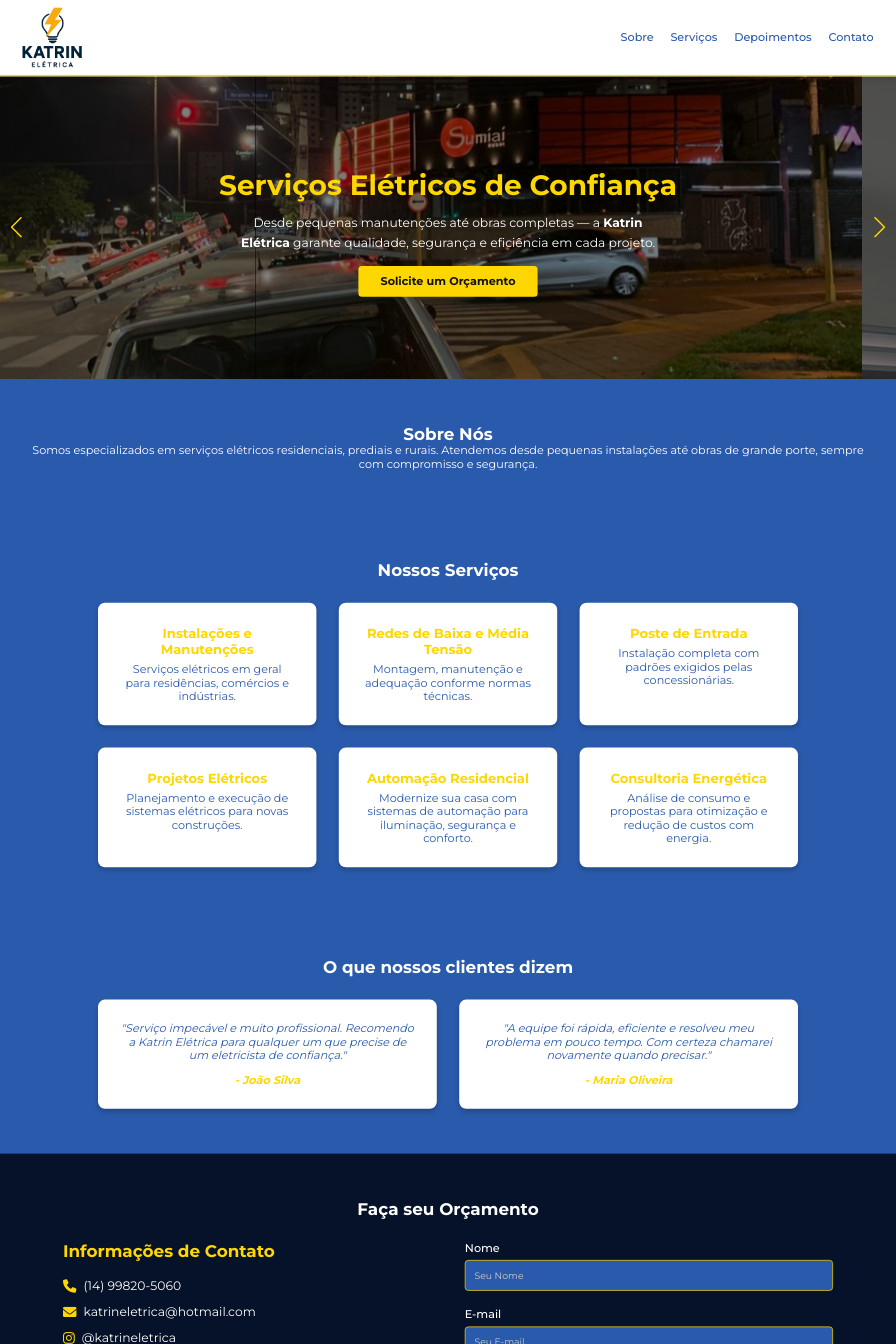
Repository: Jvcamargo1/katrin-site
Page: index.html
These files come from the project's save history. The page is drawn as it stood at one moment and after the next save; the edit follows.
The browser window is 1280 px wide. The pictures show the part of the page from y = 0 to 1920 px (the page is 2469 px tall before and 2677 px after), at 70% of full size.

Above is the page before, as saved 2025-11-07 00:24:54.

### index.html
<!DOCTYPE html>
<html lang="pt-BR">
<head>
  <meta charset="UTF-8" />
  <meta name="viewport" content="width=device-width, initial-scale=1.0" />
  <title>Katrin Elétrica | Serviços Elétricos em Geral</title>
  <meta name="description" content="Katrin Elétrica: Serviços elétricos de confiança para residências, comércios e indústrias. Instalações, manutenções, projetos e automação residencial. Qualidade e segurança garantidas.">

  <!-- Open Graph / Facebook -->
  <meta property="og:type" content="website">
  <meta property="og:url" content="https://www.seusite.com.br/"> <!-- Substitua pela URL real do seu site -->
  <meta property="og:title" content="Katrin Elétrica | Serviços Elétricos em Geral">
  <meta property="og:description" content="Katrin Elétrica: Serviços elétricos de confiança para residências, comércios e indústrias. Instalações, manutenções, projetos e automação residencial. Qualidade e segurança garantidas.">
  <meta property="og:image" content="https://www.seusite.com.br/assets/images/logoke.png"> <!-- Substitua pela URL real da sua logo -->

  <link rel="stylesheet" href="assets/css/style.css">
  <link rel="stylesheet" href="https://cdnjs.cloudflare.com/ajax/libs/font-awesome/6.0.0-beta3/css/all.min.css">
  <!-- 1. Adicionar o CSS do Swiper.js -->
  <link rel="stylesheet" href="https://cdn.jsdelivr.net/npm/swiper@11/swiper-bundle.min.css" />
</head>
<body>
  <header>
    <a href="#" class="logo"> <!-- Logo agora é um link para o topo -->
      <img src="assets/images/logoke.png" alt="Logo Katrin Elétrica" />
    </a>
    <button class="menu-toggle" id="menu-toggle" aria-label="Abrir menu">
      <span class="bar"></span>
      <span class="bar"></span>
      <span class="bar"></span>
    </button>
    <nav id="nav">
      <a href="#sobre">Sobre</a>
      <a href="#servicos">Serviços</a>
      <a href="#depoimentos">Depoimentos</a>
      <a href="#contato">Contato</a>
    </nav>
  </header>

  <main>
    <section id="hero">
      <!-- Estrutura do Carrossel -->
      <div class="swiper hero-carousel">
        <div class="swiper-wrapper">
          <!-- Slides com imagens de exemplo (substitua pelas suas) -->
          <div class="swiper-slide"><img src="assets/images/servico-1.jpg" alt="Instalação de quadro elétrico"></div>
          <div class="swiper-slide"><img src="assets/images/servico-2.jpg" alt="Manutenção em rede de média tensão"></div>
          <div class="swiper-slide"><img src="assets/images/servico-3.jpg" alt="Projeto de automação residencial"></div>
        </div>
        <!-- Botões de navegação -->
        <div class="swiper-button-next"></div>
        <div class="swiper-button-prev"></div>
      </div>
      <!-- Conteúdo sobreposto -->
      <div class="hero-content">
        <h2>Serviços Elétricos de Confiança</h2>
        <p>Desde pequenas manutenções até obras completas — a <strong>Katrin Elétrica</strong> garante qualidade, segurança e eficiência em cada projeto.</p>
        <a href="#contato" class="cta-button">Solicite um Orçamento</a>
      </div>
    </section>

    <section id="sobre">
      <h2>Sobre Nós</h2>
      <p>Somos especializados em serviços elétricos residenciais, prediais e rurais. Atendemos desde pequenas instalações até obras de grande porte, sempre com compromisso e segurança.</p>
    </section>

    <section id="servicos">
      <h2>Nossos Serviços</h2>
      <div class="servicos ">
        <div class="card hidden">
          <h3>Instalações e Manutenções</h3>
          <p>Serviços elétricos em geral para residências, comércios e indústrias.</p>
        </div>
        <div class="card hidden">
          <h3>Redes de Baixa e Média Tensão</h3>
          <p>Montagem, manutenção e adequação conforme normas técnicas.</p>
        </div>
        <div class="card hidden">
          <h3>Poste de Entrada</h3>
          <p>Instalação completa com padrões exigidos pelas concessionárias.</p>
        </div>
        <div class="card hidden">
          <h3>Projetos Elétricos</h3>
          <p>Planejamento e execução de sistemas elétricos para novas construções.</p>
        </div>
        <div class="card hidden">
          <h3>Automação Residencial</h3>
          <p>Modernize sua casa com sistemas de automação para iluminação, segurança e conforto.</p>
        </div>
        <div class="card hidden">
          <h3>Consultoria Energética</h3>
          <p>Análise de consumo e propostas para otimização e redução de custos com energia.</p>
        </div>
      </div>
    </section>

    <section id="depoimentos">
      <h2>O que nossos clientes dizem</h2>
      <div class="depoimentos">
        <div class="depoimento-card hidden">
          <p>"Serviço impecável e muito profissional. Recomendo a Katrin Elétrica para qualquer um que precise de um eletricista de confiança."</p>
          <p class="autor">- João Silva</p>
        </div>
        <div class="depoimento-card hidden">
          <p>"A equipe foi rápida, eficiente e resolveu meu problema em pouco tempo. Com certeza chamarei novamente quando precisar."</p>
          <p class="autor">- Maria Oliveira</p>
        </div>
      </div>
    </section>

    <section id="contato">
      <h2>Faça seu Orçamento</h2>
      <div class="contato-wrapper">
        <div class="contato-info">
          <h3>Informações de Contato</h3>
          <p><i class="fas fa-phone"></i> <a href="https://wa.me/5514998205060" target="_blank">(14) 99820-5060</a></p>
          <p><i class="fas fa-envelope"></i> <a href="mailto:katrineletrica@hotmail.com">katrineletrica@hotmail.com</a></p>
          <p><i class="fab fa-instagram"></i> <a href="https://instagram.com/katrineletrica" target="_blank">@katrineletrica</a></p>
          <p>Entre em contato para um orçamento rápido e sem compromisso. Estamos prontos para atender você!</p>
        </div>
        <div class="contato-form-wrapper">
          <form class="contato-form" id="contact-form">
            <div class="form-group">
              <label for="nome">Nome</label>
              <input type="text" id="nome" name="nome" placeholder="Seu Nome" required>
            </div>
            <div class="form-group">
              <label for="email">E-mail</label>
              <input type="email" id="email" name="email" placeholder="Seu E-mail" required>
            </div>
            <div class="form-group">
              <label for="telefone">Telefone</label>
              <input type="tel" id="telefone" name="telefone" placeholder="(XX) XXXXX-XXXX">
            </div>
            <div class="form-group">
              <label for="mensagem">Mensagem</label>
              <textarea id="mensagem" name="mensagem" placeholder="Descreva o serviço que você precisa" required></textarea>
            </div>
            <button type="submit" class="cta-button">Enviar Pedido de Orçamento</button>
          </form>
          <p id="form-message"></p>
        </div>
      </div>
    </section>
  </main>

  <footer>
    <div class="social-links">
      <a href="https://instagram.com/katrineletrica" target="_blank"><img src="assets/images/instalogo.png" alt="Instagram" class="social-icon"></a>
      <a href="https://wa.me/5514998205060" target="_blank"><img src="assets/images/wpplogov.png" alt="WhatsApp" class="social-icon"></a>
    </div>
    <p id="footer-year">© 2025 Katrin Elétrica — Todos os direitos reservados.</p>
  </footer>

  <!-- 2. Adicionar o JavaScript do Swiper.js -->
  <script src="https://cdn.jsdelivr.net/npm/swiper@11/swiper-bundle.min.js"></script>

  <script>
    const toggle = document.getElementById("menu-toggle");
    const nav = document.getElementById("nav");

    // Toggle do menu mobile e animação do ícone
    toggle.addEventListener("click", () => {
      nav.classList.toggle("active");
      toggle.classList.toggle("active"); // Adiciona/remove 'active' no botão para a animação do X
    });

    // Fecha o menu mobile ao clicar em um link
    nav.querySelectorAll('a').forEach(link => {
      link.addEventListener('click', () => {
        nav.classList.remove('active');
        toggle.classList.remove('active'); // Garante que o ícone volte ao hambúrguer
      });
    });

    const contactForm = document.getElementById('contact-form');
    const formMessage = document.getElementById('form-message');
    const submitButton = contactForm.querySelector('button[type="submit"]');

    contactForm.addEventListener('submit', function (e) {
      e.preventDefault();

      const formData = new FormData(this);
      const data = {
        nome: formData.get('nome'),
        email: formData.get('email'),
        telefone: formData.get('telefone'),
        mensagem: formData.get('mensagem'),
      };

      // Mostra a mensagem de "Enviando..." e desabilita o botão
      formMessage.textContent = 'Enviando...';
      formMessage.style.color = 'var(--amarelo)';
      submitButton.disabled = true;

      // Simula um tempo de espera de 1.5 segundos (como se estivesse enviando)
      setTimeout(() => {
        // Exibe a mensagem de sucesso
        formMessage.textContent = 'Mensagem enviada com sucesso!';
        formMessage.style.color = 'lightgreen';

        // Limpa os campos do formulário
        contactForm.reset();

        // Reabilita o botão após o "envio"
        submitButton.disabled = false;

        // Opcional: faz a mensagem de sucesso desaparecer após 5 segundos
        setTimeout(() => {
          formMessage.textContent = '';
        }, 5000);
      }, 1500);
    });

    // Script para animação de entrada
    const observer = new IntersectionObserver((entries) => {
      entries.forEach((entry) => {
        if (entry.isIntersecting) {
          entry.target.classList.add('visible');
        }
      });
    });

    const hiddenElements = document.querySelectorAll('.hidden');
    hiddenElements.forEach((el) => observer.observe(el));

    // Script para atualizar o ano do rodapé automaticamente
    document.getElementById('footer-year').textContent = `© ${new Date().getFullYear()} Katrin Elétrica — Todos os direitos reservados.`;

    // 3. Inicializar o Swiper.js
    const swiper = new Swiper('.hero-carousel', {
      loop: true, // Faz o carrossel girar em loop
      autoplay: {
        delay: 5000, // Muda de imagem a cada 5 segundos
        disableOnInteraction: false,
      },
      navigation: {
        nextEl: '.swiper-button-next',
        prevEl: '.swiper-button-prev',
      },
    });
  </script>
</body>
</html>

### assets/css/style.css
@import url('https://fonts.googleapis.com/css2?family=Montserrat:wght@400;500;700&display=swap');

:root {
  --azul: #2a5aab;
  --amarelo: #ffd700;
  --branco: #ffffff;
  --preto: #121212;
}

html {
  scroll-padding-top: 100px; /* Compensa a altura do cabeçalho fixo */
}

* { box-sizing: border-box; margin: 0; padding: 0; }

body {
  font-family: 'Montserrat', sans-serif;
  background-color: var(--azul);
  color: var(--branco);
  scroll-behavior: smooth;
}

header {
  display: flex;
  justify-content: space-between;
  align-items: center;
  padding: 0.7rem 2rem;
  background-color: var(--branco); /* Alterado para branco */
  border-bottom: 2px solid var(--amarelo);
  position: sticky;
  top: 0;
  box-shadow: 0 2px 10px rgba(0, 0, 0, 0.2);
  z-index: 10;
}

.logo { /* Estilo para o link da logo */
  display: flex; /* Para centralizar a imagem dentro do link, se necessário */
}

.logo img {
  height: 85px;
  width: auto;
}

nav {
  display: flex;
  align-items: center;
}

nav a {
  color: var(--azul); /* Alterado para azul para contrastar com o fundo branco */
  text-decoration: none;
  margin-left: 1.5rem;
  font-weight: 500;
  transition: 0.3s;
}

nav a:hover {
  color: var(--amarelo);
}

.menu-toggle {
  display: none;
  flex-direction: column;
  cursor: pointer;
}

.menu-toggle .bar {
  width: 25px;
  height: 3px;
  background: var(--azul); /* Alterado para azul para combinar com os links */
  margin: 4px 0;
  transition: 0.3s;
}

/* Animação do ícone de hambúrguer para X */
.menu-toggle.active .bar:nth-child(1) {
  transform: translateY(7px) rotate(45deg);
}

.menu-toggle.active .bar:nth-child(2) {
  opacity: 0;
}

.menu-toggle.active .bar:nth-child(3) {
  transform: translateY(-7px) rotate(-45deg);
}

/* Estilos para o menu mobile */
@media (max-width: 768px) {
  header {
    padding: 0.5rem 1.5rem; /* Ajuste o padding do cabeçalho em mobile */
  }
  .logo img { height: 70px; } /* Ajuste o tamanho da logo em mobile */
}


@media (max-width: 768px) {
  nav {
    display: none;
    flex-direction: column;
    position: absolute;
    top: 70px;
    right: 0;
    width: 100%;
    background: var(--branco); /* Alterado para branco no menu mobile também */
    text-align: center;
    padding: 1rem 0;
    border-top: 1px solid var(--amarelo);
  }

  nav.active { display: flex; }

  .menu-toggle { display: flex; }

  nav a { margin: 1rem 0; font-size: 1.1rem; }
}

section { padding: 4rem 2rem; text-align: center; }

#hero {
  position: relative; /* Essencial para o conteúdo sobreposto */
  padding: 0; /* Removemos o padding para o carrossel ocupar tudo */
  height: 60vh; /* Altura da seção hero, ajuste conforme preferir */
  color: var(--branco);
}

.hero-carousel {
  position: absolute;
  top: 0;
  left: 0;
  width: 100%;
  height: 100%;
}

.hero-carousel .swiper-slide img {
  width: 100%;
  height: 100%;
  object-fit: cover; /* Garante que a imagem cubra o slide sem distorcer */
}

/* Adiciona uma sobreposição escura para melhorar a legibilidade do texto */
.hero-carousel::after {
  content: '';
  position: absolute;
  top: 0;
  left: 0;
  width: 100%;
  height: 100%;
  background-color: rgba(0, 0, 0, 0.5); /* Sobreposição preta com 50% de opacidade */
  z-index: 1;
}

.hero-content {
  position: relative; /* Fica acima do carrossel */
  z-index: 2;
  text-align: center;
  /* Centraliza o conteúdo verticalmente e horizontalmente */
  position: absolute;
  top: 50%;
  left: 50%;
  transform: translate(-50%, -50%);
  width: 90%; /* Garante que não toque as bordas em telas pequenas */
  max-width: 800px; /* Limita a largura do texto para melhor leitura */
}

.hero-content h2 {
  font-size: 2.5rem;
  color: var(--amarelo);
  font-weight: 700;
}

.hero-content p {
  max-width: 600px;
  margin: 1rem auto 2rem;
  font-size: 1.1rem;
  line-height: 1.6;
}

.cta-button {
  background-color: var(--amarelo);
  color: var(--preto);
  padding: 0.8rem 2rem;
  border-radius: 5px;
  text-decoration: none;
  font-weight: 700;
  transition: background-color 0.3s;
}

.cta-button:hover {
  background-color: #ffed4a;
}

/* Estilizando as setas de navegação do Swiper */
.swiper-button-next, .swiper-button-prev {
  color: var(--amarelo) !important;
}
.swiper-button-next:after, .swiper-button-prev:after {
  font-size: 30px !important;
}

#servicos h2 {
  margin-bottom: 2rem; /* Adiciona espaço abaixo do título "Nossos Serviços" */
}

#depoimentos h2 {
  margin-bottom: 2rem; /* Adiciona espaço abaixo do título "O que nossos clientes dizem" */
}

.servicos, .depoimentos {
  display: grid;
  grid-template-columns: repeat(auto-fit, minmax(250px, 1fr));
  gap: 2rem;
  max-width: 1000px;
  margin: auto;
}

.card, .depoimento-card {
  background-color: var(--branco);
  color: var(--azul);
  border-radius: 10px;
  padding: 2rem;
  text-align: center; /* Centraliza o texto nos cards de serviço */
  box-shadow: 0 4px 8px rgba(0,0,0,0.2);
  transition: transform 0.3s;
}

.card:hover, .depoimento-card:hover {
  transform: translateY(-10px);
}

.card h3 {
  color: var(--amarelo);
  margin-bottom: 0.5rem;
}

.depoimento-card p {
  font-style: italic;
}

.depoimento-card .autor {
  margin-top: 1rem;
  font-weight: 700;
  color: var(--amarelo);
}

#contato p, #contato a {
  color: var(--branco);
  font-size: 1.1rem;
  text-decoration: none;
}

#contato a:hover { color: var(--amarelo); }

footer {
  background-color: #061229;
  padding: 2rem 1rem;
  text-align: center;
  color: #aaa;
  font-size: 0.9rem;
}

#contato {
  background-color: #061229;
}

#contato h2 {
  margin-bottom: 2rem; /* Adiciona espaço abaixo do título "Faça seu Orçamento" */
}

.contato-wrapper {
  display: flex;
  gap: 3rem;
  max-width: 1100px;
  margin: auto;
  align-items: flex-start;
}

.contato-info,
.contato-form-wrapper {
  flex: 1;
  text-align: left;
}

.contato-info h3 {
  color: var(--amarelo);
  margin-bottom: 1.5rem;
  font-size: 1.5rem;
}

.contato-info p {
  margin-bottom: 1rem;
  display: flex;
  align-items: center;
  gap: 10px;
}

.contato-info i {
  color: var(--amarelo);
  font-size: 1.2rem;
}

.contato-form .form-group {
  margin-bottom: 1.5rem;
}

.contato-form label {
  display: block;
  margin-bottom: 0.5rem;
  font-weight: 500;
  color: var(--branco);
}

.contato-form input,
.contato-form textarea {
  width: 100%;
  padding: 0.8rem;
  border: 1px solid var(--amarelo);
  border-radius: 5px;
  background-color: var(--azul);
  color: var(--branco);
  font-family: inherit;
}

.contato-form input:focus,
.contato-form textarea:focus {
  outline: none;
  border-color: var(--amarelo);
  box-shadow: 0 0 8px rgba(255, 215, 0, 0.5);
}

.contato-form input::placeholder,
.contato-form textarea::placeholder {
  color: #ccc;
}

.contato-form textarea {
  min-height: 120px;
  resize: vertical;
}

.contato-form .cta-button {
  width: 100%;
  border: none;
  cursor: pointer;
}

.social-links {
  margin-bottom: 1rem;
}

.social-icon {
  width: 30px;
  height: 30px;
  margin: 0 10px;
  transition: transform 0.3s;
}

.social-icon:hover {
  transform: scale(1.1);
  filter: brightness(1.2); /* Adiciona um brilho ao passar o mouse */
}

@media (max-width: 768px) {
  .contato-wrapper {
    flex-direction: column;
  }
}

/* Estilos para animação de entrada */
.hidden {
  opacity: 0;
  transform: translateY(20px);
  transition: opacity 0.6s ease-out, transform 0.6s ease-out;
}

.visible {
  opacity: 1;
  transform: translateY(0);
}

After the next save:
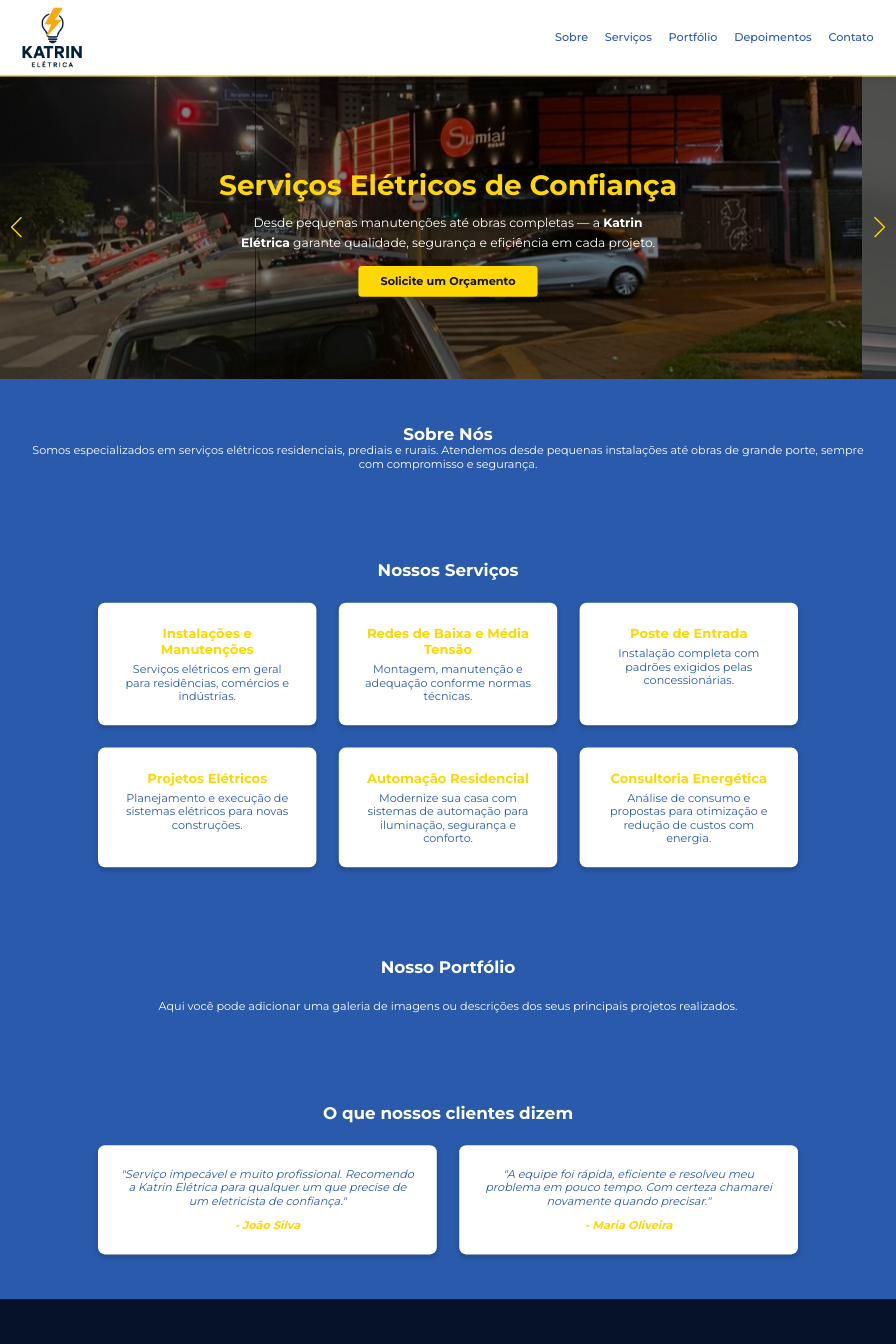
Saved 2 min 41 s later.
--- a/index.html
+++ b/index.html
@@ -31,6 +31,7 @@
     <nav id="nav">
       <a href="#sobre">Sobre</a>
       <a href="#servicos">Serviços</a>
+      <a href="#portfolio">Portfólio</a>
       <a href="#depoimentos">Depoimentos</a>
       <a href="#contato">Contato</a>
     </nav>
@@ -91,6 +92,12 @@
           <p>Análise de consumo e propostas para otimização e redução de custos com energia.</p>
         </div>
       </div>
+    </section>
+
+    <section id="portfolio">
+      <h2>Nosso Portfólio</h2>
+      <p>Aqui você pode adicionar uma galeria de imagens ou descrições dos seus principais projetos realizados.</p>
+      <!-- Futuramente, aqui pode entrar uma galeria de imagens -->
     </section>
 
     <section id="depoimentos">
--- a/assets/css/style.css
+++ b/assets/css/style.css
@@ -75,7 +75,7 @@ nav a:hover {
 
 /* Animação do ícone de hambúrguer para X */
 .menu-toggle.active .bar:nth-child(1) {
-  transform: translateY(7px) rotate(45deg);
+  transform: rotate(45deg) translate(5px, 5px);
 }
 
 .menu-toggle.active .bar:nth-child(2) {
@@ -83,7 +83,7 @@ nav a:hover {
 }
 
 .menu-toggle.active .bar:nth-child(3) {
-  transform: translateY(-7px) rotate(-45deg);
+  transform: rotate(-45deg) translate(5px, -5px);
 }
 
 /* Estilos para o menu mobile */
@@ -207,6 +207,10 @@ section { padding: 4rem 2rem; text-align: center; }
   margin-bottom: 2rem; /* Adiciona espaço abaixo do título "O que nossos clientes dizem" */
 }
 
+#portfolio h2 {
+  margin-bottom: 2rem; /* Adiciona espaço abaixo do título "Nosso Portfólio" */
+}
+
 .servicos, .depoimentos {
   display: grid;
   grid-template-columns: repeat(auto-fit, minmax(250px, 1fr));
